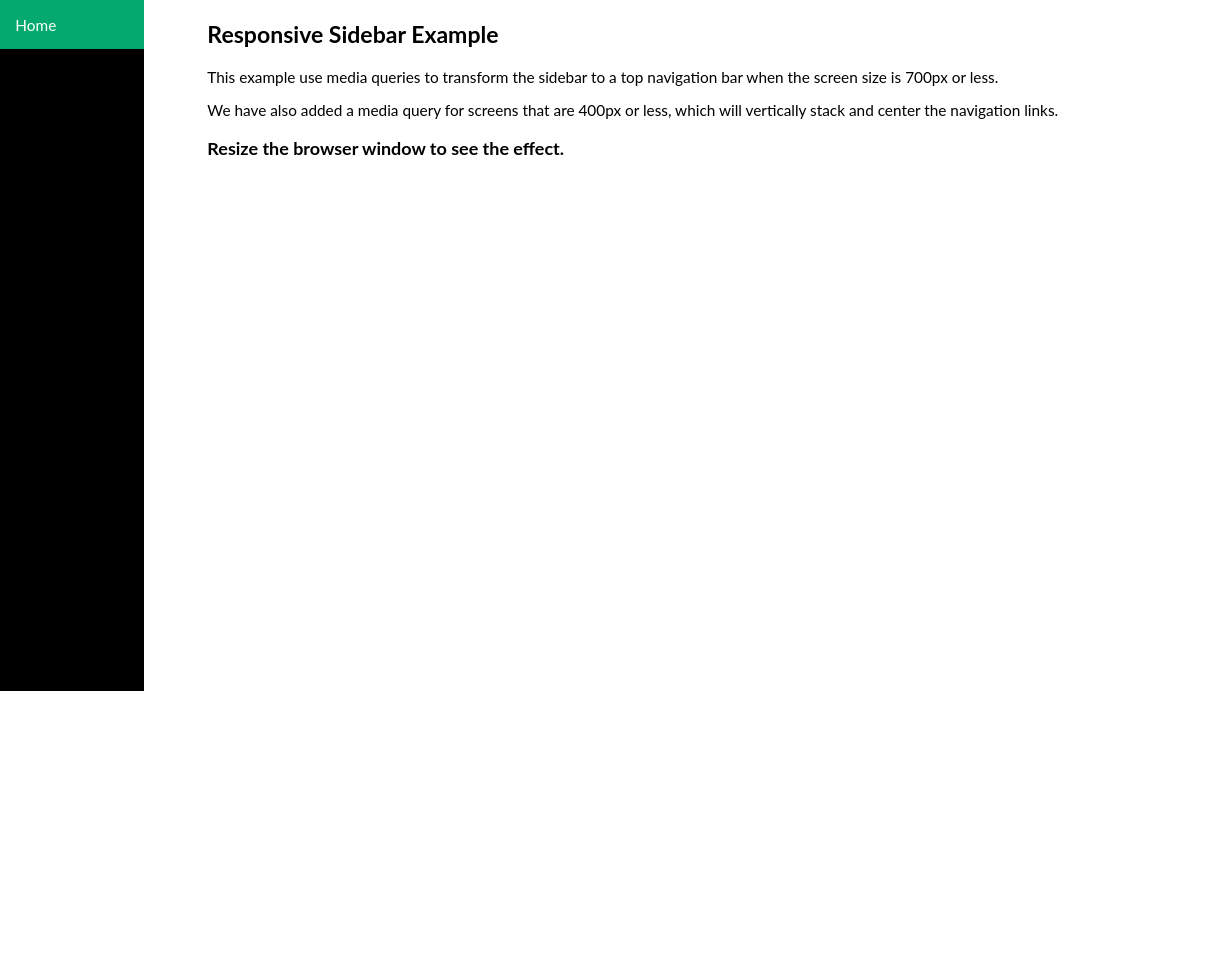
Repository: Chicken2k/testpv
Page: testpv.html
An editor plug-in stored every save of this project. The page is shown before and after a run of saves, followed by the edit.
The browser window is 1280 px wide. The pictures show the whole page, at 96% of full size.

Above is the page before, as saved 2022-05-09 17:25:12.

After the next 3 saves:
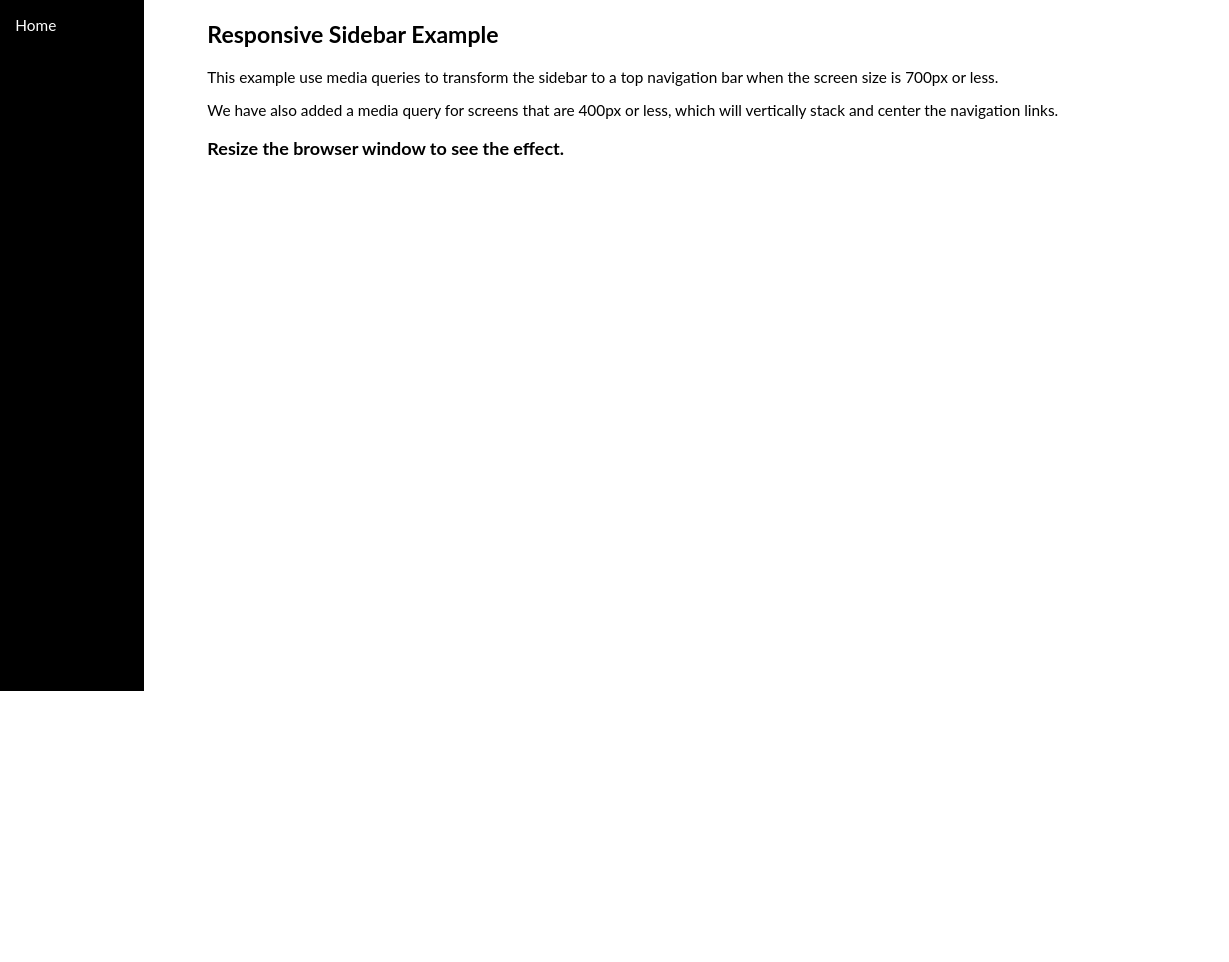
The 3 saves are shown as one change because they came seconds apart.
The last was saved 18 s later.
--- a/testpv.css
+++ b/testpv.css
@@ -22,7 +22,7 @@
 }
 
 .sidebar a.active {
-  background-color: #04AA6D;
+
   color: white;
 }
 
